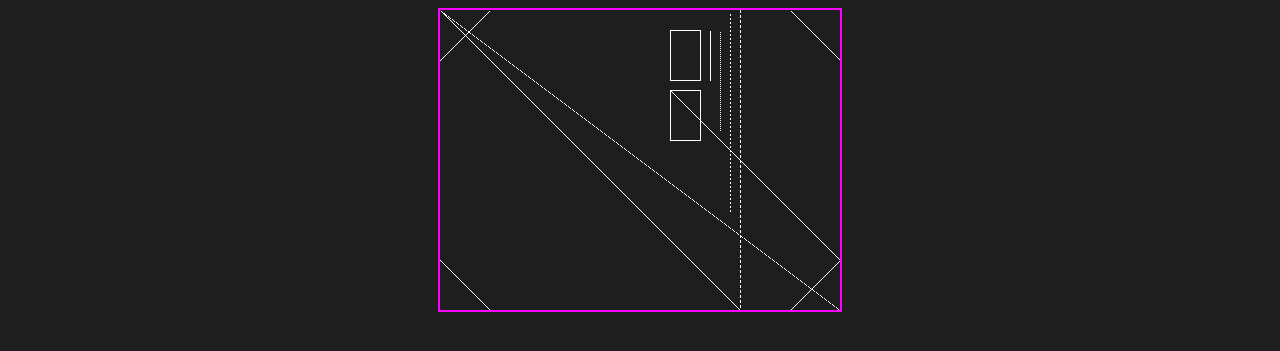
Repository: StarLightGX/miao
Page: paint.html
These files come from the project's save history. The page is drawn as it stood at one moment and after the next save; the edit follows.
The browser window is 1280 px wide. The pictures show the whole page.

Above is the page before, as saved 2020-11-12 20:28:47.

### paint.html
<!DOCTYPE html>
<html lang="en">
  <head>
    <meta charset="UTF-8" />
    <title>画图</title>
    <style>
      html {
        background-color: rgb(30, 30, 30);
      }
      canvas {
        border: 2px solid #f0f;
        display: block;
        margin: auto;
      }
    </style>
  </head>
  <body>
    <canvas width="400" height="300"></canvas>
  </body>
  <script>
    var canvas = document.querySelector("canvas");
    canvas.style.imageRendering = "pixelated";
    var ctx = canvas.getContext("2d");

    function dot(x, y, color = "white") {
      x = x | 0;
      y = y | 0;
      ctx.fillStyle = color;
      ctx.fillRect(x, y, 1, 1);
    }

    function line(x1, y1, x2, y2) {
      ctx.strokeStyle = "black";
      ctx.moveTo(x1, y1);
      ctx.lineTo(x2, y2);
      ctx.stroke();
    }
    /**
   * YOUR TASK
画图的题：
画一条实线
画一条一个实点一个空点的虚线
画一条两个实点两个空点的虚线
画一条三个实点两个空点的虚线
画一条45度的斜线
画一条30度的斜线（选做）
在四个角画分别画一条45度的斜线以让画面看起来像一个相框
画一条跨越画布左上角和右下角的对角线
画一个空心矩形
画一个实心矩形
画一个rgb色彩空间的某一面
画一个空心的圆
画一个实心的圆
画一个大小合适的sin(x)的图像
   */
  </script>
  <script>
    // YOUR CODE GOES BELOW
    var x = 1;
    var y = 1;
    var i = 0;

    // 画一条实线
    y = 20;
    for (i = 0; i < 50; i++) {
      y = y + 1;
      x = 270;
      dot(x, y);
    }

    // 画一条一个实点一个空点的虚线
    y = 20;
    for (i = 0; i < 50; i++) {
      y = y + 2;
      x = 280;
      dot(x, y);
    }

    // 画一条两个实点两个空点的虚线

    for (i = 0; i < 50; i++) {
      y = 4 * (i + 1);
      x = 290;
      dot(x, y);
    }

    for (i = 0; i < 50; i++) {
      y = 4 * (i + 1) + 1;
      x = 290;
      dot(x, y);
    }

    // 画一条三个实点两个空点的虚线

    for (i = 0; i < 100; i++) {
      y = 5 * (i + 1);
      x = 300;
      dot(x, y - 10);
    }

    for (i = 0; i < 100; i++) {
      y = 5 * (i + 1) + 1;
      x = 300;
      dot(x, y - 10);
    }

    for (i = 0; i < 100; i++) {
      y = 5 * (i + 1) + 2;
      x = 300;
      dot(x, y - 10);
    }

    // 画一条45度的斜线
    y = 0;
    for (i = 0; i < 1050; i++) {
      y = y + 1;
      x = y;
      dot(x, y);
    }
    // 画一条30度的斜线（选做）
    y = 0;
    for (i = 0; i < 1050; i++) {
      y = y + 1;
      x = y;
      dot(x, y);
    }
    // 在四个角画分别画一条45度的斜线以让画面看起来像一个相框
    y = 0;
    for (i = 0; i < 1050; i++) {
      y = y + 1;
      x = y;
      dot(x - 250, y);
    }
    y = 0;
    for (i = 0; i < 1050; i++) {
      y = y + 1;
      x = y;
      dot(x + 350, y);
    }
    y = 0;
    for (i = 0; i < 1050; i++) {
      y = y + 1;
      x = -y;
      dot(x + 50, y);
    }
    y = 0;
    for (i = 0; i < 1050; i++) {
      y = y + 1;
      x = -y;
      dot(x + 650, y);
    }

    // 画一条跨越画布左上角和右下角的对角线
    y = 0;
    for (i = 0; i < 500; i++) {
      y = y + 1;
      x = (4 / 3) * y;
      dot(x, y);
    }
    // 画一个空心矩形
    y = 20;
    for (i = 0; i < 50; i++) {
      y = y + 1;
      x = 260;
      dot(x, y);
    }
    y = 20;
    for (i = 0; i < 50; i++) {
      y = y + 1;
      x = 230;
      dot(x, y);
    }
    y = 20;
    for (i = 0; i < 31; i++) {
      y = y + 1;
      x = 30;
      dot(y + 209, x - 10);
    }
    y = 20;
    for (i = 0; i < 31; i++) {
      y = y + 1;
      x = 30;
      dot(y + 209, x + 40);
    }
    // 画一个实心矩形
    y = 80;
    for (i = 0; i < 50; i++) {
      y = y + 1;
      x = 260;
      dot(x, y);
    }
    y = 80;
    for (i = 0; i < 50; i++) {
      y = y + 1;
      x = 230;
      dot(x, y);
    }
    y = 20;
    for (i = 0; i < 31; i++) {
      y = y + 1;
      x = 30;
      dot(y + 209, x + 50);
    }
    y = 20;
    for (i = 0; i < 31; i++) {
      y = y + 1;
      x = 30;
      dot(y + 209, x + 100);
    }

    y = 80;
    x = 230;
    for (var c = 0; c < 50; c++) {
      for (i = 0; i < 50; i++) {
        y = y + 1;
        x = x + 1;
        dot(x, y);
      }
    }
    // 画一个rgb色彩空间的某一面
    // 画一个空心的圆
    // 画一个实心的圆
    // 画一个大小合适的sin(x)的图像
  </script>
</html>

After the next save:
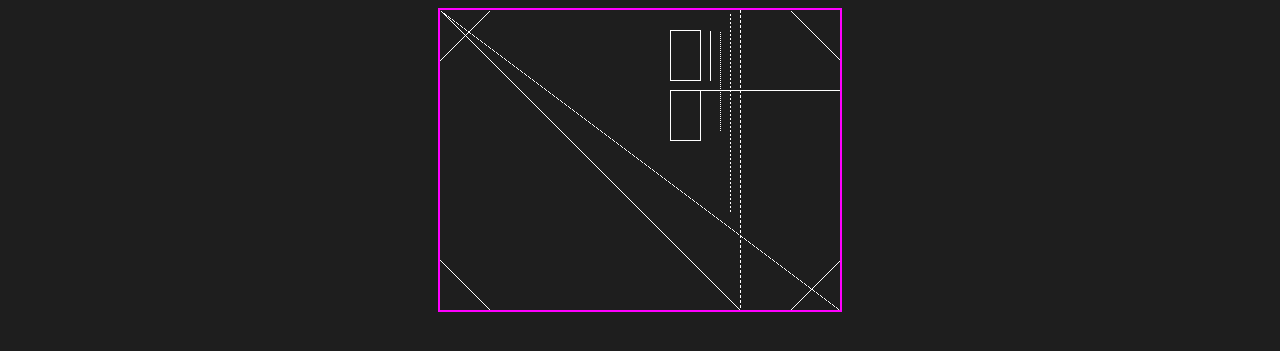
Saved 13 s later.
--- a/paint.html
+++ b/paint.html
@@ -212,7 +212,6 @@
     x = 230;
     for (var c = 0; c < 50; c++) {
       for (i = 0; i < 50; i++) {
-        y = y + 1;
         x = x + 1;
         dot(x, y);
       }
